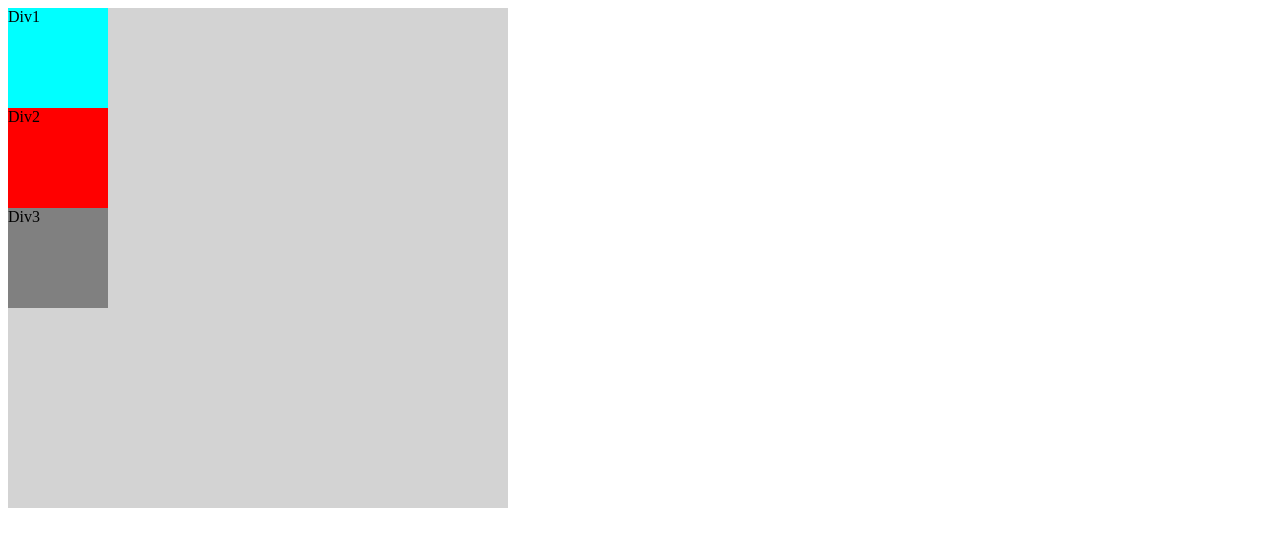
Repository: Sayan-100/Javascript
Page: Flex justify content/index.html
These files come from the project's save history. The page is drawn as it stood at one moment and after the next save; the edit follows.
The browser window is 1280 px wide. The pictures show the whole page.

Above is the page before, as saved 2021-12-31 17:07:16.

After the next save:
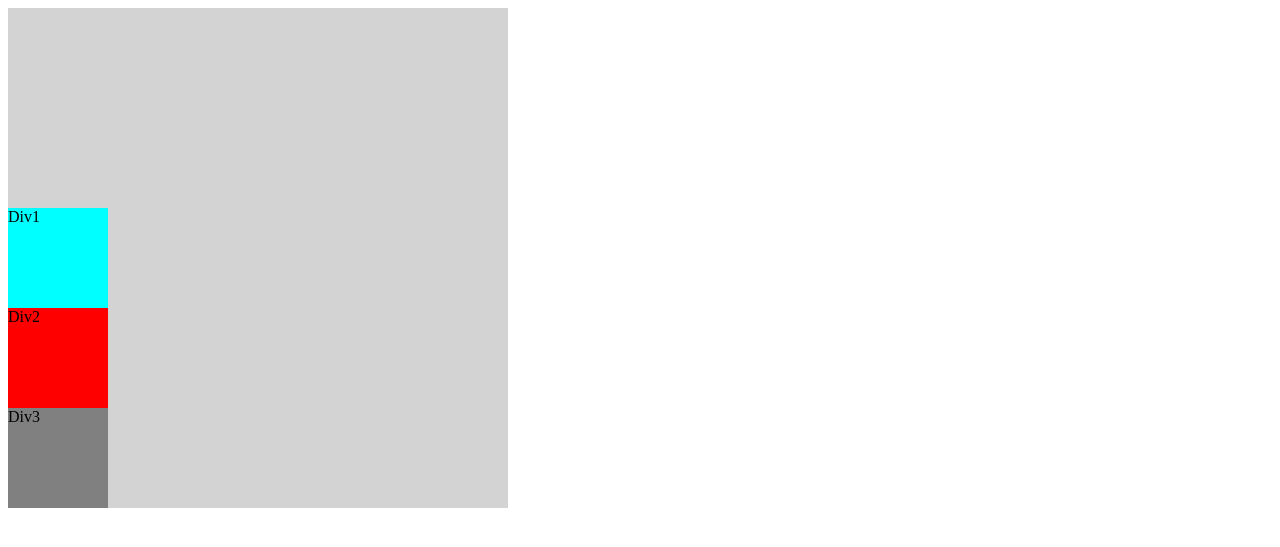
Saved 5 s later.
--- a/Flex justify content/style.css
+++ b/Flex justify content/style.css
@@ -21,7 +21,7 @@
      /* flex-wrap: wrap-reverse; */
      /* default value of justify content is flex start  */
      /* justify-content: flex-start; */
-     /* justify-content: flex-end; */
+     justify-content: flex-end;
      /* justify-content: center; */
      /* justify-content: space-around; */
      /* justify-content: space-between; */

After the save that followed:
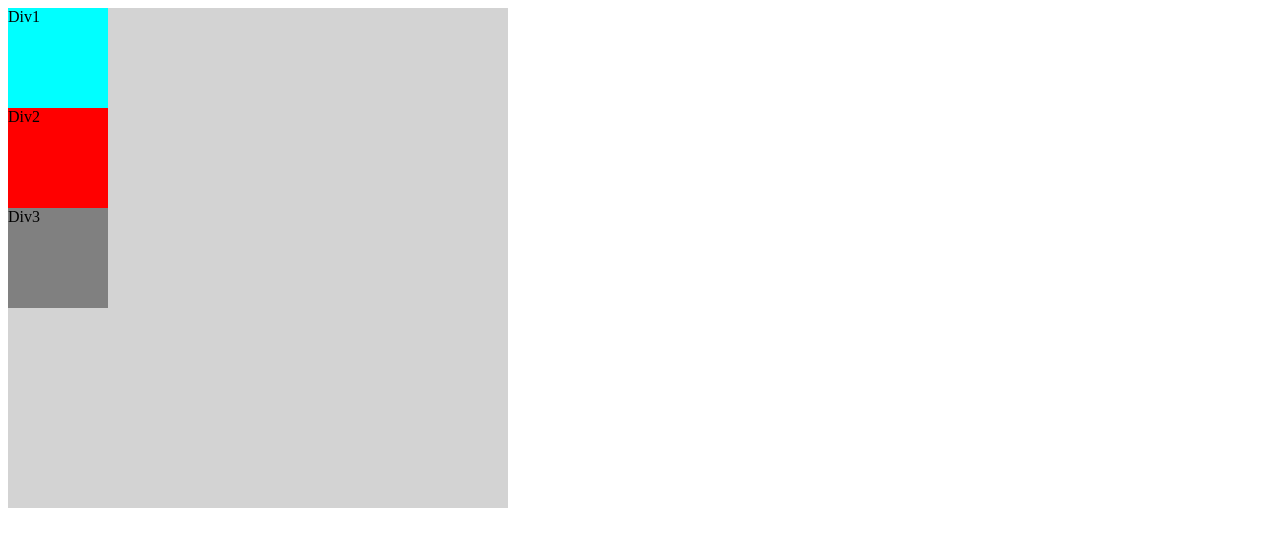
Saved 17 s later.
--- a/Flex justify content/style.css
+++ b/Flex justify content/style.css
@@ -21,7 +21,7 @@
      /* flex-wrap: wrap-reverse; */
      /* default value of justify content is flex start  */
      /* justify-content: flex-start; */
-     justify-content: flex-end;
+     /* justify-content: flex-end; */
      /* justify-content: center; */
      /* justify-content: space-around; */
      /* justify-content: space-between; */
